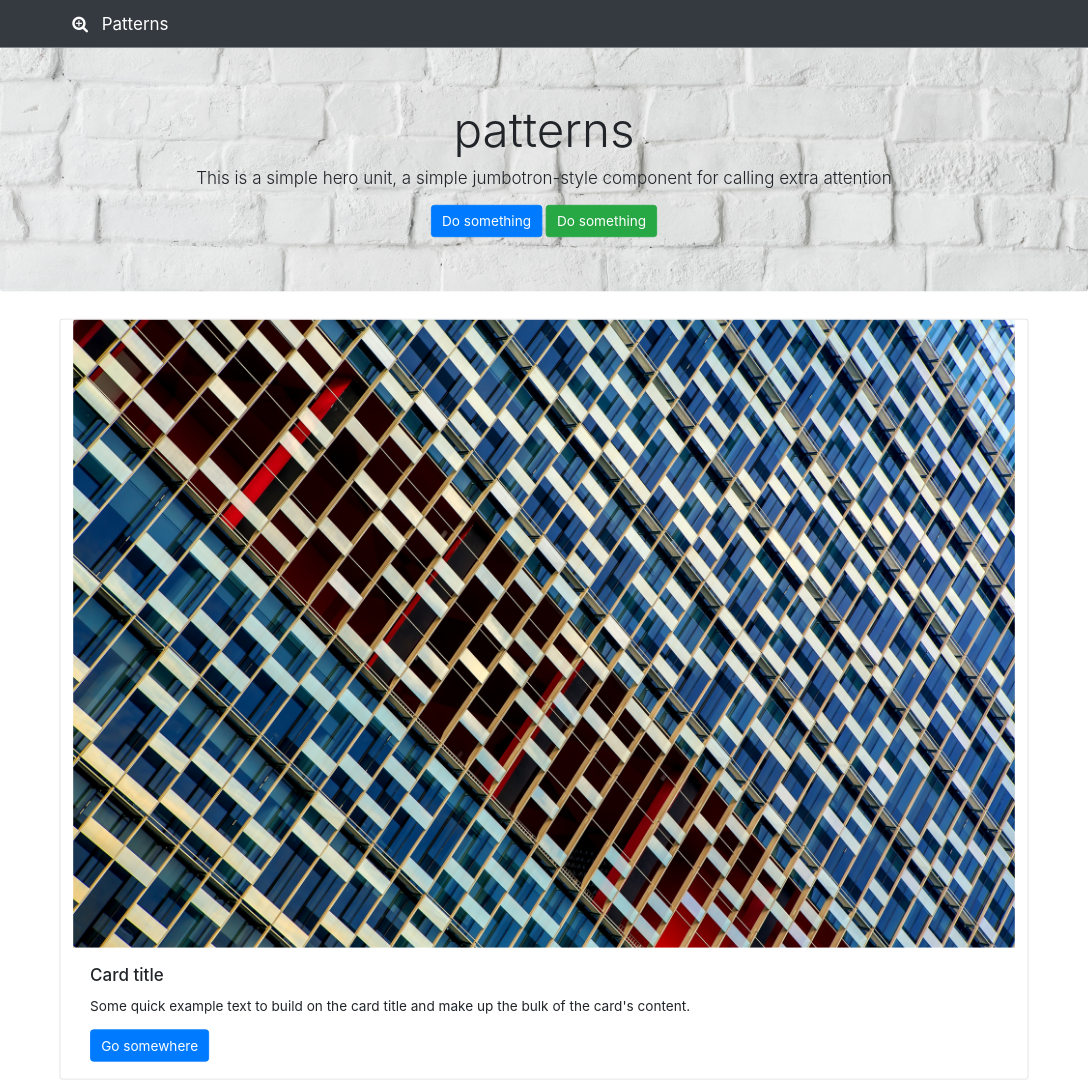
Repository: Mietlicha/patterns
Page: index.html
These files come from the project's save history. The page is drawn as it stood at one moment and after the next save; the edit follows.
The browser window is 1280 px wide. The pictures show the whole page, at 85% of full size.

Above is the page before, as saved 2019-10-24 11:36:40.

After the next save:
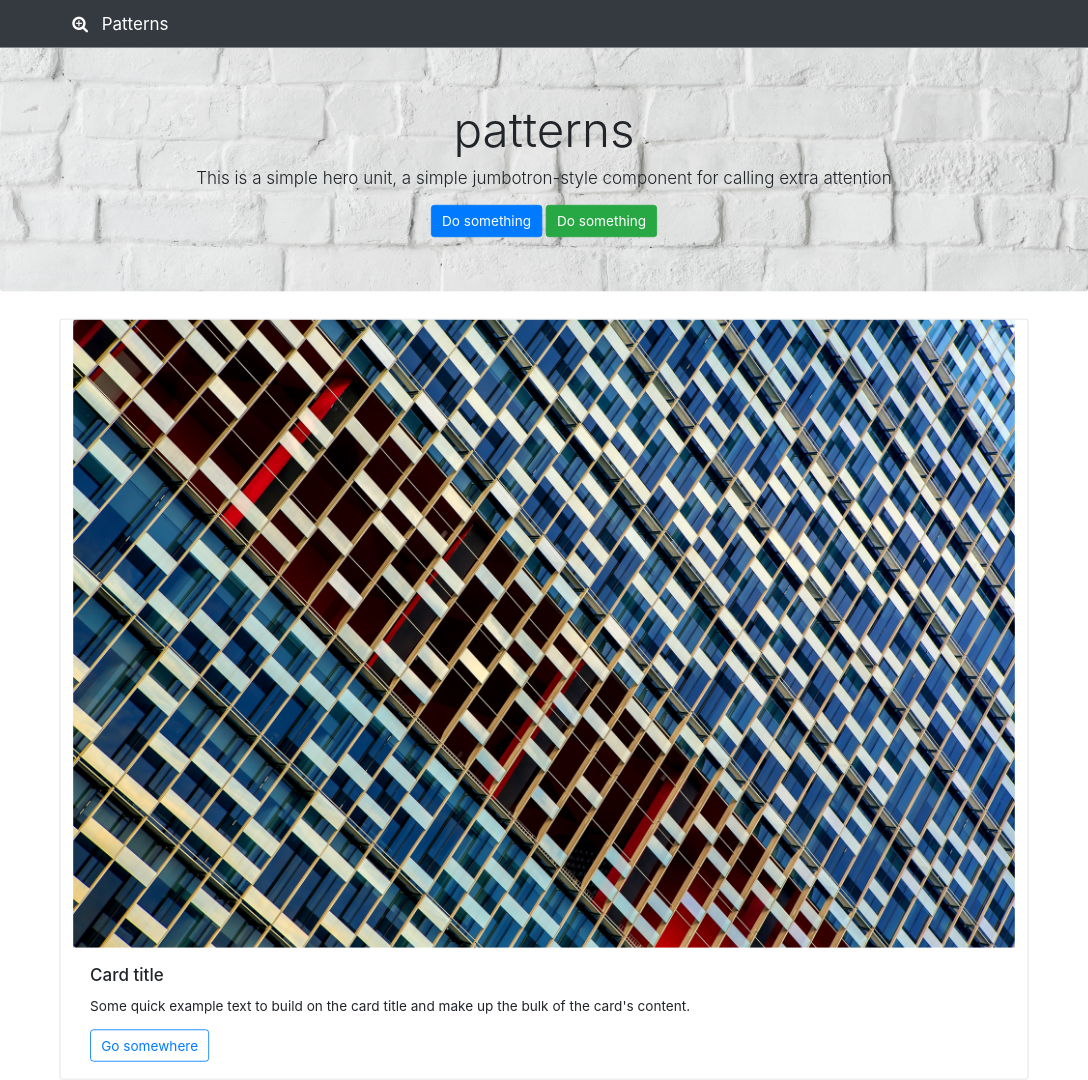
Saved 70 s later.
--- a/index.html
+++ b/index.html
@@ -28,11 +28,11 @@
             </section>
 
             <section class="card container"">
-                    <img src="imgs/pattern1.jpeg" class="card-img-top" alt="pattern1">
+                    <img src="imgs/pattern1.jpeg" class="card-img-top" alt="pattern one">
                     <div class="card-body">
                       <h5 class="card-title">Card title</h5>
                       <p class="card-text">Some quick example text to build on the card title and make up the bulk of the card's content.</p>
-                      <a href="#" class="btn btn-primary">Go somewhere</a>
+                      <a href="#" class="btn btn-outline-primary"">Go somewhere</a>
                     </div>
                   </>
         </article>
